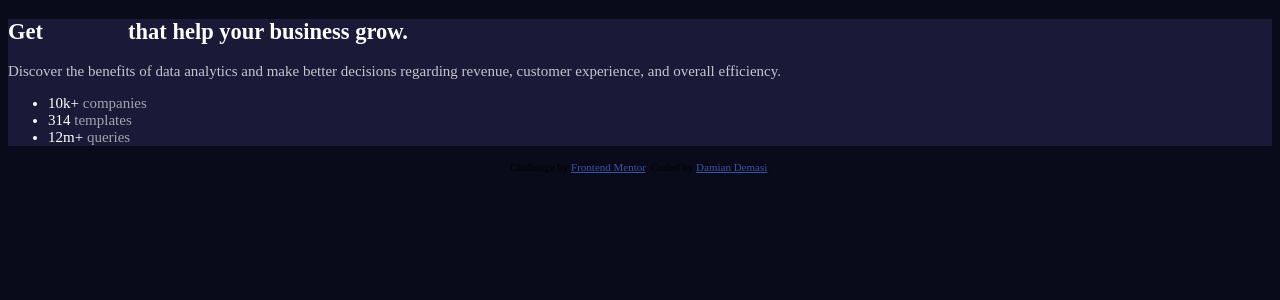
Repository: Colo-Codes/stats-preview-card-component-main
Page: index.html
The author's editor kept a copy of each file at every save. The page is drawn from the files as they stood at one save, then again after the next save.
The browser window is 1280 px wide. The pictures show the whole page.

Above is the page before, as saved 2021-05-10 08:49:21.

After the next save:
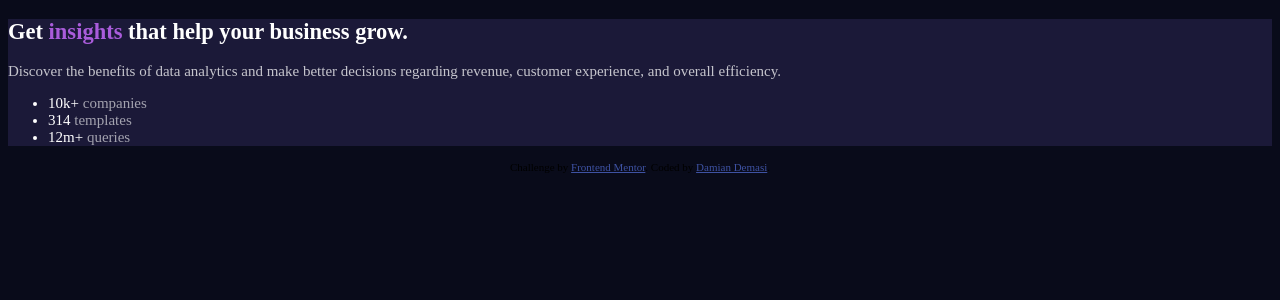
Saved 34 s later.
--- a/index.html
+++ b/index.html
@@ -23,7 +23,7 @@
       --white-font-transparent-stat: hsla(0, 0%, 100%, 0.6);
       --blue-background: hsl(233, 47%, 7%);
       --blue-desaturated: hsl(244, 38%, 16%);
-      --violet-soft: hsl(244, 38%, 16%);
+      --violet-soft: hsl(277, 64%, 61%);
     }
     body {
       font-size: 15px;
